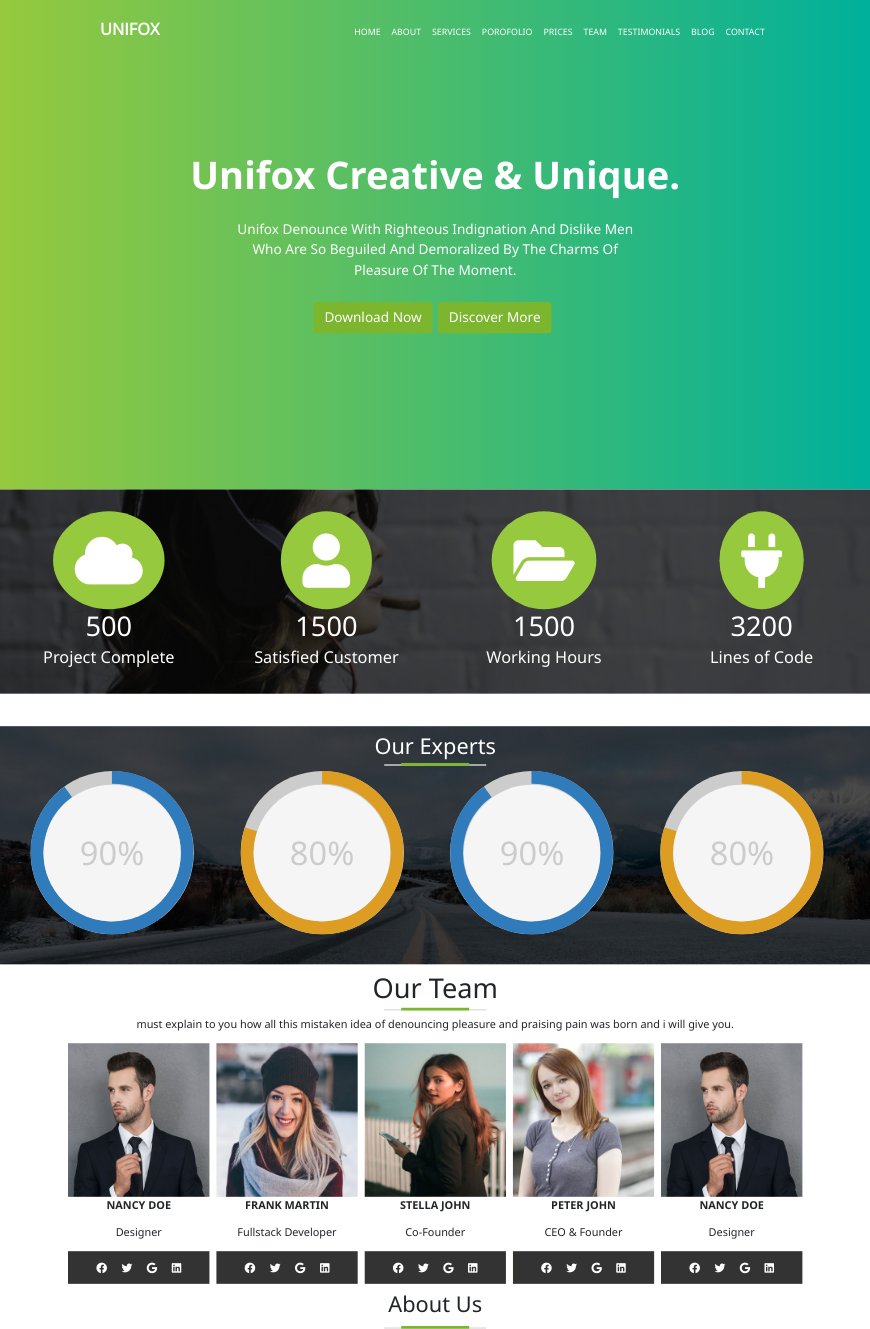
Repository: ibrkhalil/Uniforce-First-Attempt
Page: index.html
The author's editor kept a copy of each file at every save. The page is drawn from the files as they stood at one save, then again after the next save.
The browser window is 1280 px wide. The pictures show the whole page, at 68% of full size.
Backgrounds fixed to the window are drawn as part of the page.

Above is the page before, as saved 2021-01-24 02:25:58.

### index.html
<!DOCTYPE html>
<html lang="en">
  <head>
    <meta charset="UTF-8" />
    <link rel="stylesheet" href="./bootstrap.min.css" />
    <link rel="stylesheet" href="owl.carousel.css" />
    <link rel="preconnect" href="https://fonts.gstatic.com" />
    <link rel="stylesheet" href="./jquery-ui.css" />
    <link
      rel="stylesheet"
      href="https://use.fontawesome.com/releases/v5.15.2/css/all.css"
      integrity="sha384-vSIIfh2YWi9wW0r9iZe7RJPrKwp6bG+s9QZMoITbCckVJqGCCRhc+ccxNcdpHuYu"
      crossorigin="anonymous"
    />
    <link rel="stylesheet" href="./circle.css" />
    <link
      href="https://fonts.googleapis.com/css2?family=Open+Sans&display=swap"
      rel="stylesheet"
    />
    <link rel="stylesheet" href="style.css" />
    <meta name="viewport" content="width=device-width, initial-scale=1.0" />
    <title>Unifox</title>
  </head>

  <body>
    <div class="main-nav">
      <nav
        class="navbar navbar-expand-lg justify-content-around sticky-top navbar-fixed-top"
      >
        <!-- <div class="container"> -->
        <a class="navbar-brand" href="#"><h3 class="unifox">UNIFOX</h3></a>
        <button
          class="navbar-toggler"
          type="button"
          data-toggle="collapse"
          data-target="#navbarSupportedContent"
          aria-controls="navbarSupportedContent"
          aria-expanded="false"
          aria-label="Toggle navigation"
        >
          <span class="fa fa-bars fa-3x"></span>
        </button>
        <div class="">
          <div class="nav-items">
            <div class="collapse navbar-collapse" id="navbarSupportedContent">
              <ul class="navbar-nav mr-auto">
                <li class="item">
                  <a class="nav-link active" href="#">HOME</a>
                </li>
                <li class="nav-item"><a class="nav-link" href="#">ABOUT</a></li>
                <li class="nav-item">
                  <a class="nav-link" href="#">SERVICES</a>
                </li>
                <li class="nav-item">
                  <a class="nav-link" href="#">POROFOLIO</a>
                </li>
                <li class="nav-link"><a href="#">PRICES</a></li>
                <li class="nav-link"><a href="#">TEAM</a></li>
                <li class="nav-link"><a href="#">TESTIMONIALS</a></li>
                <li class="nav-link"><a href="#">BLOG</a></li>
                <li class="nav-link"><a href="#">CONTACT</a></li>
              </ul>
            </div>
          </div>
        </div>

        <!-- </div> -->
      </nav>

      <!-- nav end -->

      <div class="jumbotron">
        <h1 class="display-4 jumbo-main-text">
          <strong>Unifox Creative & Unique.</strong>
        </h1>
        <p class="lead jumbo-subtext">
          Unifox Denounce With Righteous Indignation And Dislike Men Who Are So
          Beguiled And Demoralized By The Charms Of Pleasure Of The Moment.
        </p>

        <div class="jumbo-btns">
          <p class="lead">
            <a class="btn jumbo-btn btn-primary btn-lg" href="#" role="button"
              >Download Now</a
            >
          </p>
          <p class="lead">
            <a class="btn jumbo-btn btn-primary btn-lg" href="#" role="button"
              >Discover More</a
            >
          </p>
        </div>
      </div>
      <!-- jumbotron end -->
      <!-- heading end -->
    </div>
    <div class="counting-number parallax">
      <div class="container-fluid">
        <div class="row">
          <div class="col-md-3">
            <i class="fa counting-icon fa-cloud fa-5x"></i>
            <h1 class="counter" data-count="500">0</h1>
            <h4>Project Complete</h4>
          </div>
          <div class="col-md-3">
            <i class="fa counting-icon fa-user fa-5x"></i>
            <h1 class="counter" data-count="1500">0</h1>
            <h4>Satisfied Customer</h4>
          </div>
          <div class="col-md-3">
            <i class="fa counting-icon fa-folder-open fa-5x"></i>
            <h1 class="counter" data-count="1500">0</h1>
            <h4>Working Hours</h4>
          </div>
          <div class="col-md-3">
            <i class="fa counting-icon fa-plug fa-5x"></i>
            <h1 class="counter" data-count="3200">0</h1>
            <h4>Lines of Code</h4>
          </div>
        </div>
      </div>
    </div>

    <br />
    <br />

    <!-- Counting number div -->
    <div class="our-experts-main">
      <h2 class="our-experts-word line">Our Experts</h2>

      <div class="our-experts">
        <div class="clearfix circular-icons">
          <div class="c100 p90 big blue">
            <span>90%</span>
            <div class="slice">
              <div class="bar"></div>
              <div class="fill"></div>
            </div>
          </div>
          <div class="c100 p80 big orange">
            <span>80%</span>
            <div class="slice">
              <div class="bar"></div>
              <div class="fill"></div>
            </div>
          </div>
          <div class="c100 p90 big blue">
            <span>90%</span>
            <div class="slice">
              <div class="bar"></div>
              <div class="fill"></div>
            </div>
          </div>

          <div class="c100 p80 big orange">
            <span>80%</span>
            <div class="slice">
              <div class="bar"></div>
              <div class="fill"></div>
            </div>
          </div>
        </div>
        <!-- /green -->

        <!-- orange -->
        <div class="clearfix"></div>
      </div>
    </div>

    <!-- experts end -->

    <div class="our-team">
      <div class="container">
        <div class="our-team-text">
          <h1 class="line">Our Team</h1>

          <p>
            must explain to you how all this mistaken idea of denouncing
            pleasure and praising pain was born and i will give you.
          </p>
        </div>
        <div class="top-content">
          <div class="container-fluid">
            <div class="owl-carousel owl-theme">
              <div class="item">
                <img
                  src="./images/1 (1).jpg"
                  class="img-fluid mx-auto d-block"
                  alt="img1"
                />
                <strong class="team-member-name">
                  <p>STELLA JOHN</p>
                </strong>
                <p>Co-Founder</p>
                <div class="social-media-icons" data-content="Link Hover">
                  <div
                    class="container d-flex justify-content-around align-items-center"
                  >
                    <i class="fab fa-facebook"></i>
                    <i class="fab fa-twitter"></i>
                    <i class="fab fa-google"></i>
                    <i class="fab fa-linkedin"></i>
                  </div>
                </div>
              </div>

              <div class="item">
                <img
                  src="./images/2 (1).jpg"
                  class="img-fluid mx-auto d-block"
                  alt="img2"
                />
                <strong class="team-member-name">
                  <p>PETER JOHN</p>
                </strong>
                <p>CEO & Founder</p>
                <div class="social-media-icons">
                  <div
                    class="container d-flex justify-content-around align-items-center"
                  >
                    <i class="fab fa-facebook"></i>
                    <i class="fab fa-twitter"></i>
                    <i class="fab fa-google"></i>
                    <i class="fab fa-linkedin"></i>
                  </div>
                </div>
              </div>

              <div class="item">
                <img
                  src="./images/3 (1).jpg"
                  class="img-fluid mx-auto d-block"
                  alt="img3"
                />
                <strong class="team-member-name">
                  <p>NANCY DOE</p>
                </strong>
                <p>Designer</p>
                <div class="social-media-icons">
                  <div
                    class="container d-flex justify-content-around align-items-center"
                  >
                    <i class="fab fa-facebook"></i>
                    <i class="fab fa-twitter"></i>
                    <i class="fab fa-google"></i>
                    <i class="fab fa-linkedin"></i>
                  </div>
                </div>
              </div>

              <div class="item">
                <img
                  src="./images/4.jpg"
                  class="img-fluid mx-auto d-block"
                  alt="img4"
                />
                <strong class="team-member-name">
                  <p>FRANK MARTIN</p>
                </strong>
                <p>Fullstack Developer</p>
                <div class="social-media-icons">
                  <div
                    class="container d-flex justify-content-around align-items-center"
                  >
                    <i class="fab fa-facebook"></i>
                    <i class="fab fa-twitter"></i>
                    <i class="fab fa-google"></i>
                    <i class="fab fa-linkedin"></i>
                  </div>
                </div>
              </div>
            </div>
          </div>
        </div>
      </div>
    </div>
        <section class="line green-bottom-border">
            <h2>About Us</h2>
        </section>

    <script src="./jquery.js"></script>
    <script src="./jquery-ui.js"></script>
    <script src="./owl.carousel.js"></script>
    <script src="./owl.autoplay.js"></script>
    <script src="./bootstrap.js"></script>
    <script src="./script.js"></script>
  </body>
</html>

### style.css
*{
    margin: 0;
    padding: 0;
}
body{
    font-family: 'Segoe UI', Tahoma, Geneva, Verdana, sans-serif;
}
.nav-items{
    display: flex;
    width: 100%;
    justify-content: space-between;
}

.main-nav h3{
    font-family: 'Open Sans', sans-serif;
    font-weight: bold;
    font-size: x-large;
}
.main-nav{
    transition: all 200ms;
    font-size: small;
    background: linear-gradient(to right, #96c93d, #00b09b);
    height: 100vh;
}
.main-nav a{
    text-decoration: none;
    color: white;
    border: none;
}
 .main-nav li, .main-nav h3 {
    margin-top: 1rem;
}
.circular-icons{
    display: flex;
    justify-content: space-between;
}
.jumbotron{
    text-align: center;
    margin-top: 5rem;
    color: white;
    background-color: transparent;
}
.jumbo-btn{
    background-color: #7CB62F;
}

.navbar-fixed-top a:hover{
    color: #3e3e3e;
}
.navbar-fixed-top.scrolled {
    width: 100vw;
    background-color: #fff !important;
    /* padding: 0.5rem 0; */
    /* transition: all 200ms ease; */

  }
/* .navbar-fixed-top.scrolled  a{
    color: black;

  } */
  .navbar-fixed-top.scrolled  a:hover{
    color: gray;

  }
.jumbo-btns{
    display: flex;
    justify-content: center;
}
.jumbo-subtext{

    margin: 2rem auto;
    width: 50%;
}
.jumbo-main-text{
font-weight: 400;
}
.jumbo-btns p{
   margin-right: 0.5rem;
}
.lead-btns a{
    display: flex;
    border: none;
}
.parallax {
    background-image: url("./fun_facts_bg.jpg");
    height: 300px;
    background-blend-mode: overlay;
    background-attachment: fixed;
    background-position: center;
    background-repeat: no-repeat;
    background-size: cover;
    background-color: rgba(0, 0, 0,0.7);
    color: white;
    text-align: center;
    display: flex;
    align-items: center;
  }
  .parallax img {
      height: 300px;
      object-fit: cover;
  }
  .counting-icon{
      padding: 2rem;
      background-color: #96c93d ;
      border-radius: 50%;
  }
.jumbo-btn:hover{
    transition: 1s;
    background-color: black;
}
.line{
    position: relative;
    text-align: center;
    padding: 10px 0;
}
.line::after , .line::before{
    content: "";
    width: 100px;
    height: 4px;
    position: absolute;
    background-color: #7CB62F;
    left: 50%;
    transform: translate(-50%,0);
    bottom: 0;
}
.line::before{
    height: 2px;
    background-color: #ddd;
    width: 150px;
}


.clearfix:before,.clearfix:after {content: " "; display: table;}
.clearfix:after {clear: both;}
.clearfix {*zoom: 1;}


.our-experts-main{
    background-image: url("./skill-bg.jpg");
    height: 350px;
    background-blend-mode: overlay;
    background-attachment: fixed;
    background-position: center;
    background-repeat: no-repeat;
    background-size: cover;
    background-color: rgba(0, 0, 0,0.7);
    color: white;
}
.our-experts-main:first-child{
    display: flex;
    justify-content: center;
}
.our-experts h2{
    display: block !important;
}
.our-team{
    text-align: center;
}
@media (min-width: 768px) and (max-width: 991px) {
    /* Show 4th slide on md if col-md-4*/
    .carousel-inner .active.col-md-4.carousel-item + .carousel-item + .carousel-item + .carousel-item {
        position: absolute;
        top: 0;
        right: -33.3333%;  /*change this with javascript in the future*/
        z-index: -1;
        display: block;
        visibility: visible;
    }
}
@media (min-width: 576px) and (max-width: 768px) {
    /* Show 3rd slide on sm if col-sm-6*/
    .carousel-inner .active.col-sm-6.carousel-item + .carousel-item + .carousel-item {
        position: absolute;
        top: 0;
        right: -50%;  /*change this with javascript in the future*/
        z-index: -1;
        display: block;
        visibility: visible;
    }
}
@media (min-width: 576px) {
    .carousel-item {
        margin-right: 0;
    }
    /* show 2 items */
    .carousel-inner .active + .carousel-item {
        display: block;
    }
    .carousel-inner .carousel-item.active:not(.carousel-item-right):not(.carousel-item-left),
    .carousel-inner .carousel-item.active:not(.carousel-item-right):not(.carousel-item-left) + .carousel-item {
        transition: none;
    }
    .carousel-inner .carousel-item-next {
        position: relative;
        transform: translate3d(0, 0, 0);
    }
    /* left or forward direction */
    .active.carousel-item-left + .carousel-item-next.carousel-item-left,
    .carousel-item-next.carousel-item-left + .carousel-item,
    .carousel-item-next.carousel-item-left + .carousel-item + .carousel-item {
        position: relative;
        transform: translate3d(-100%, 0, 0);
        visibility: visible;
    }
    /* farthest right hidden item must be also positioned for animations */
    .carousel-inner .carousel-item-prev.carousel-item-right {
        position: absolute;
        top: 0;
        left: 0;
        z-index: -1;
        display: block;
        visibility: visible;
    }
    /* right or prev direction */
    .active.carousel-item-right + .carousel-item-prev.carousel-item-right,
    .carousel-item-prev.carousel-item-right + .carousel-item,
    .carousel-item-prev.carousel-item-right + .carousel-item + .carousel-item {
        position: relative;
        transform: translate3d(100%, 0, 0);
        visibility: visible;
        display: block;
        visibility: visible;
    }
}
/* MD */
@media (min-width: 768px) {
    /* show 3rd of 3 item slide */
    .carousel-inner .active + .carousel-item + .carousel-item {
        display: block;
    }
    .carousel-inner .carousel-item.active:not(.carousel-item-right):not(.carousel-item-left) + .carousel-item + .carousel-item {
        transition: none;
    }
    .carousel-inner .carousel-item-next {
        position: relative;
        transform: translate3d(0, 0, 0);
    }
    /* left or forward direction */
    .carousel-item-next.carousel-item-left + .carousel-item + .carousel-item + .carousel-item {
        position: relative;
        transform: translate3d(-100%, 0, 0);
        visibility: visible;
    }
    /* right or prev direction */
    .carousel-item-prev.carousel-item-right + .carousel-item + .carousel-item + .carousel-item {
        position: relative;
        transform: translate3d(100%, 0, 0);
        visibility: visible;
        display: block;
        visibility: visible;
    }
}
/* LG */
@media (min-width: 991px) {
    /* show 4th item */
    .carousel-inner .active + .carousel-item + .carousel-item + .carousel-item {
        display: block;
    }
    .carousel-inner .carousel-item.active:not(.carousel-item-right):not(.carousel-item-left) + .carousel-item + .carousel-item + .carousel-item {
        transition: none;
    }
    /* Show 5th slide on lg if col-lg-3 */
    .carousel-inner .active.col-lg-3.carousel-item + .carousel-item + .carousel-item + .carousel-item + .carousel-item {
        position: absolute;
        top: 0;
        right: -25%;  /*change this with javascript in the future*/
        z-index: -1;
        display: block;
        visibility: visible;
    }
    /* left or forward direction */
    .carousel-item-next.carousel-item-left + .carousel-item + .carousel-item + .carousel-item + .carousel-item {
        position: relative;
        transform: translate3d(-100%, 0, 0);
        visibility: visible;
    }
    /* right or prev direction //t - previous slide direction last item animation fix */
    .carousel-item-prev.carousel-item-right + .carousel-item + .carousel-item + .carousel-item + .carousel-item {
        position: relative;
        transform: translate3d(100%, 0, 0);
        visibility: visible;
        display: block;
        visibility: visible;
    }
}
.social-media-icons{
    color: white;
    padding: 1rem;
    /* clip-path: polygon(0 0, 0 0, 0% 100%, 0 100%); */
    /* background-size: 100% 0;y/ */
    /* width: 100%; */
    background: red; /* default color */

    /* "to left" / "to right" - affects initial color */
    background: linear-gradient(to left, #333 50%, #7CB62F 50%) right;
    background-size: 200%;
    transition: 1s ease;
}
.social-media-icons:hover{
    background-position:left;
}
.social-media-icons i{
    cursor: pointer;
}

/* .social-media-icons::before{
    position: absolute; */
    /* content: attr(data-content); */
/* } */


.social-media-icons .fab:hover{
    transition: 1s;
    color: gold;
}
.carousel-item:nth-child(2){
    margin-bottom: 1rem;
}

@media screen and (max-width: 768px){
    /* .navbar-nav{ */
        .navbody{
        display: none;
        justify-content: center;
        width: 100vw;
        /* float: right; */
    }
}

Loaded but not shown: bootstrap.min.css (library); owl.carousel.css (library); jquery-ui.css (library); jquery.js (library); jquery-ui.js (library); owl.carousel.js (library); owl.autoplay.js (library); bootstrap.js (library); script.js (88 lines, source omitted); circle.css (879 lines, source omitted)

After the next save:
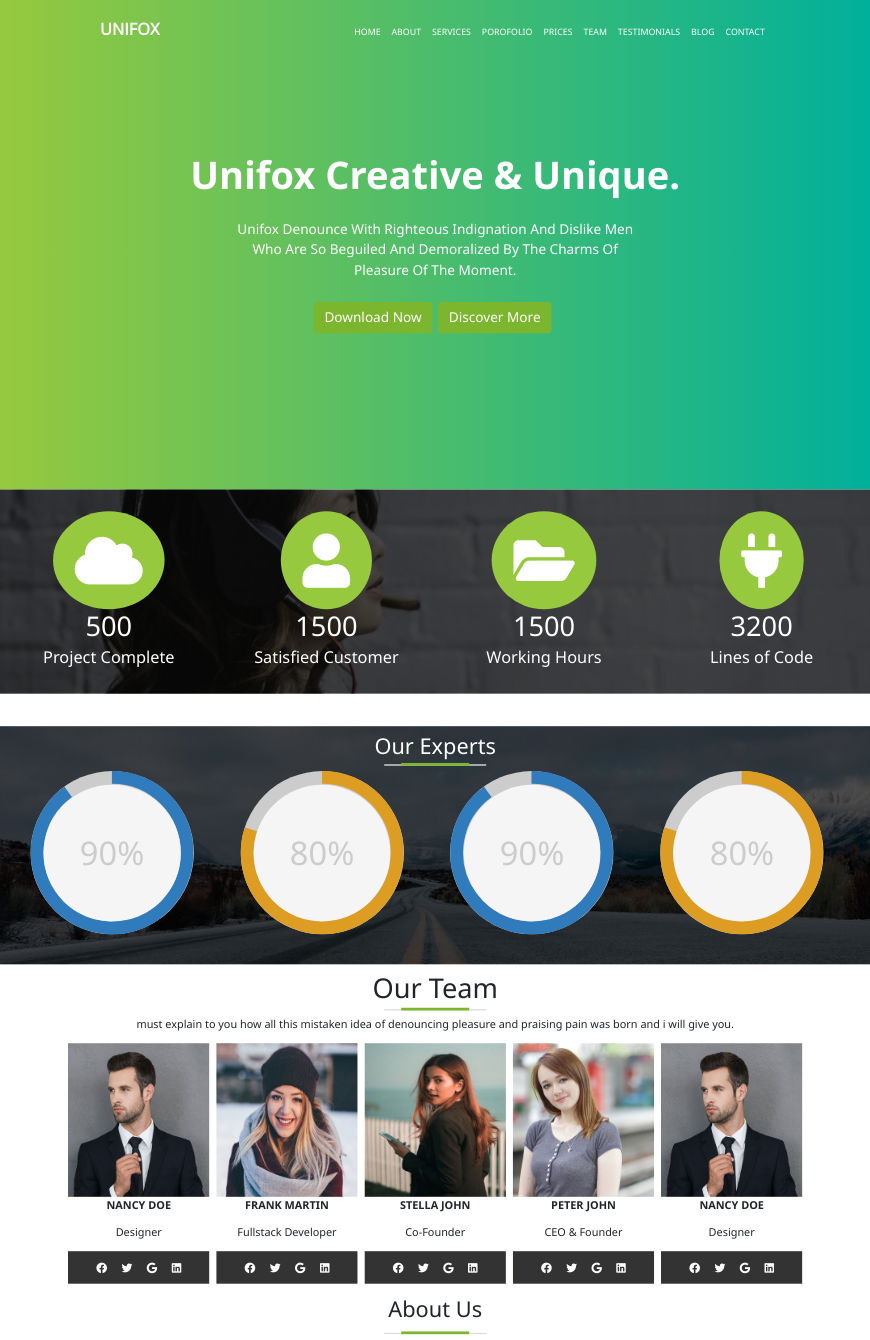
Saved 18 s later.
--- a/index.html
+++ b/index.html
@@ -274,7 +274,7 @@
         </div>
       </div>
     </div>
-        <section class="line green-bottom-border">
+        <section class="line my-2 green-bottom-border">
             <h2>About Us</h2>
         </section>
 
